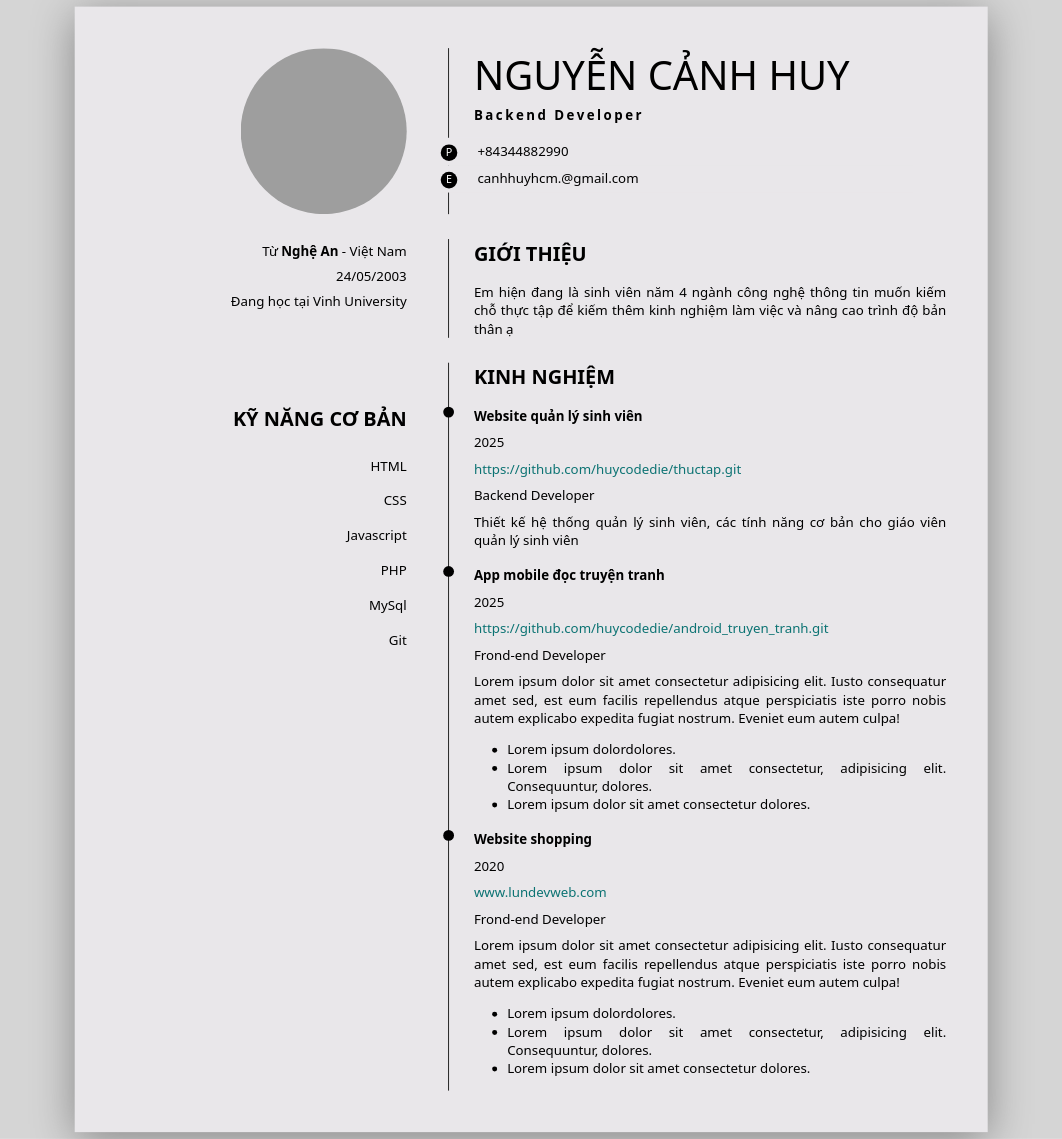
Repository: huycodedie/cv-intern
Page: index.html
The author's editor kept a copy of each file at every save. The page is drawn from the files as they stood at one save, then again after a run of saves.
The browser window is 1280 px wide. The pictures show the whole page, at 83% of full size.
Pictures or frames that could not be fetched are drawn as grey boxes.

Above is the page before, as saved 2025-07-05 23:39:28.

### index.html

    <!DOCTYPE html>
    <html lang="en">
    <head>
        <meta charset="UTF-8">
        <meta http-equiv="X-UA-Compatible" content="IE=edge">
        <meta name="viewport" content="width=device-width, initial-scale=1.0">
        <title>Document</title>
        <link rel="stylesheet" href="style.css">
        <link rel="stylesheet" href="https://cdnjs.cloudflare.com/ajax/libs/font-awesome/6.2.1/css/all.min.css">
    </head>
    <body>
        <div class="container">
           <div class="avatar">
            <img src="https://i.pinimg.com/564x/eb/57/6f/eb576ff023487bcb1fa3ad61ee7b23ee.jpg" alt="">
           </div>
           <div class="name">
                <h1>NGUYỄN CẢNH HUY</h1>
                <div class="specialize"> Backend Developer</div>
                <ul class="contact">
                    <li>
                        <span>P</span> +84344882990
                    </li>
                    <li>
                        <span>E</span> canhhuyhcm.@gmail.com
                    </li>
                </ul>
           </div>
           <div class="info">
                <ul>
                    <li>Từ <b>Nghệ An</b> - Việt Nam</li>
                    <li>24/05/2003</li>
                    <li>Đang học tại Vinh University</li>
                </ul>
           </div>
           <div class="intro">
            <h2>GIỚI THIỆU</h2>
            Em hiện đang là sinh viên năm 4 ngành công nghệ thông tin muốn kiếm chỗ thực tập để kiếm thêm kinh nghiệm làm việc và nâng cao trình độ bản thân ạ
           </div>
           <div class="experience">
                <h2 class="skills">
                    KỸ NĂNG CƠ BẢN
                </h2>
                <ul>
                    <li>HTML</li>
                    <li>CSS</li>
                    <li>Javascript</li>
                    <li>PHP</li>
                    <li>MySql</li>
                    <li>Git</li>
                </ul>

           </div>
           <div class="project">
            <h2>KINH NGHIỆM</h2>
            <div class="item">
                <h4>Website quản lý sinh viên</h4>
                <div class="time">
                    2025
                </div>
                <div class="web">
                    https://github.com/huycodedie/thuctap.git
                </div>
                <div class="location">
                     Backend Developer
                </div>
                <div class="des">
                    Thiết kế hệ thống quản lý sinh viên, các tính năng cơ bản cho giáo viên quản lý sinh viên
                </div>
            </div>

            <div class="item">
                <h4>App mobile đọc truyện tranh</h4>
                <div class="time">
                    2025
                </div>
                <div class="web">
                    https://github.com/huycodedie/android_truyen_tranh.git
                </div>
                <div class="location">
                    Frond-end Developer
                </div>
                <div class="des">
                    Lorem ipsum dolor sit amet consectetur adipisicing elit. Iusto consequatur amet sed, est eum facilis repellendus
                    atque perspiciatis iste porro nobis autem explicabo expedita fugiat nostrum. Eveniet eum autem culpa!
                    <ul>
                        <li>Lorem ipsum dolordolores.</li>
                        <li>Lorem ipsum dolor sit amet consectetur, adipisicing elit. Consequuntur, dolores.</li>
                        <li>Lorem ipsum dolor sit amet consectetur dolores.</li>
                    </ul>
                </div>
            </div>

            <div class="item">
                <h4>Website shopping</h4>
                <div class="time">
                    2020
                </div>
                <div class="web">
                    www.lundevweb.com
                </div>
                <div class="location">
                    Frond-end Developer
                </div>
                <div class="des">
                    Lorem ipsum dolor sit amet consectetur adipisicing elit. Iusto consequatur amet sed, est eum facilis repellendus
                    atque perspiciatis iste porro nobis autem explicabo expedita fugiat nostrum. Eveniet eum autem culpa!
                    <ul>
                        <li>Lorem ipsum dolordolores.</li>
                        <li>Lorem ipsum dolor sit amet consectetur, adipisicing elit. Consequuntur, dolores.</li>
                        <li>Lorem ipsum dolor sit amet consectetur dolores.</li>
                    </ul>
                </div>
            </div>
           </div>
        </div>

    </body>
    </html>

### style.css

    body{
        background-color: #D5D5D5;
        font-family: system-ui;
    }
    .container{
        background-color: #E9E7EA;
        width:1000px;
        max-width: 100%;
        margin:auto;
        padding:50px;
        box-shadow: 0 10px 50px #858585;
        display: grid;
       grid-template-columns: 35% 60%;
       column-gap: 5%;
       row-gap: 30px;
    }

    .avatar img{
        width:200px;
        height:200px;
        object-fit: cover;
        border-radius: 50%;
    }
    .avatar{
        display: flex;
        justify-content: end;
        align-items: center;
    }
    .name{
        padding-left: 30px;
        border-left:1px solid #000;
    }
    .name h1{
        font-weight: 300;
        font-size: xxx-large;
        margin:0px 0 5px ;
    }
    .name .specialize{
        margin:0;
        font-weight: bold;
        letter-spacing: 3px;
    }
    .name .contact{
        padding:0;
        list-style: none;
    }
    .name .contact span{
        display: inline-block;
        background-color: #000;
        width:20px;
        height:20px;
        color:#fff;
        text-align: center;
        border-radius: 50%;
        font-size: small;
        margin-right: 20px;
    }
    .name .contact li{
        padding:5px 0;
        transform: translate(-40px);
        background-color: #E9E7EA;
    }
    .info ul{
        padding: 0;
        margin: 0;
        list-style: none;
        text-align: right;
        line-height: 30px;
    }

    h2{
        padding:0;
        margin: 0 0 20px 0;
    }
    .intro{
        padding-left: 30px;
        border-left: 1px solid #000;
        text-align: justify;
    }
    .experience{
        text-align: right;
    }
    .experience h4{
        margin:20px 0 10px;
    }
    .skills{
        margin-top:  50px;
    }
    .experience ul{
        padding:0;
        margin: 0;
    list-style: none;
    }
    .experience li{
        padding:10px 0;
    }
    .project{
        padding-left: 30px;
        text-align: justify;
        border-left: 1px solid #000;
    }
    .project h4{
        margin:20px 0 10px;
    }
    .project .web{
        color: #0c7373;
        padding:10px 0;
    }
    .project .location{
        font-weight: 500;
        padding-bottom:10px;
    }
    .project .item{
        position: relative;
    }
    .project .item::before{
        position: absolute;
        width:13px;
        height: 13px;
        background-color: #000;
        content: '';
        border-radius: 50%;
        left: -37px;
    }

After the next 2 saves:
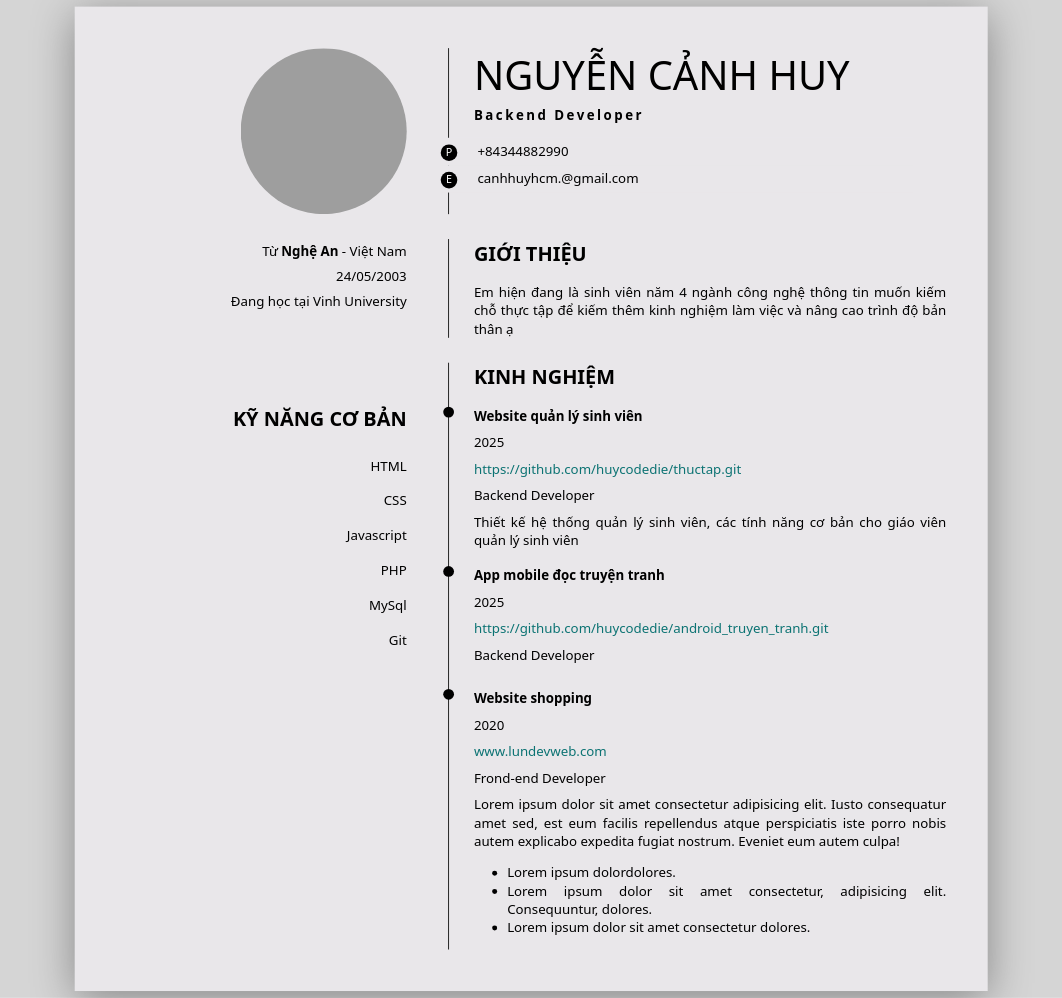
The 2 saves are shown as one change because they came seconds apart.
The last was saved 9 s later.
--- a/index.html
+++ b/index.html
@@ -78,16 +78,10 @@
                     https://github.com/huycodedie/android_truyen_tranh.git
                 </div>
                 <div class="location">
-                    Frond-end Developer
+                     Backend Developer
                 </div>
                 <div class="des">
-                    Lorem ipsum dolor sit amet consectetur adipisicing elit. Iusto consequatur amet sed, est eum facilis repellendus
-                    atque perspiciatis iste porro nobis autem explicabo expedita fugiat nostrum. Eveniet eum autem culpa!
-                    <ul>
-                        <li>Lorem ipsum dolordolores.</li>
-                        <li>Lorem ipsum dolor sit amet consectetur, adipisicing elit. Consequuntur, dolores.</li>
-                        <li>Lorem ipsum dolor sit amet consectetur dolores.</li>
-                    </ul>
+
                 </div>
             </div>
 
